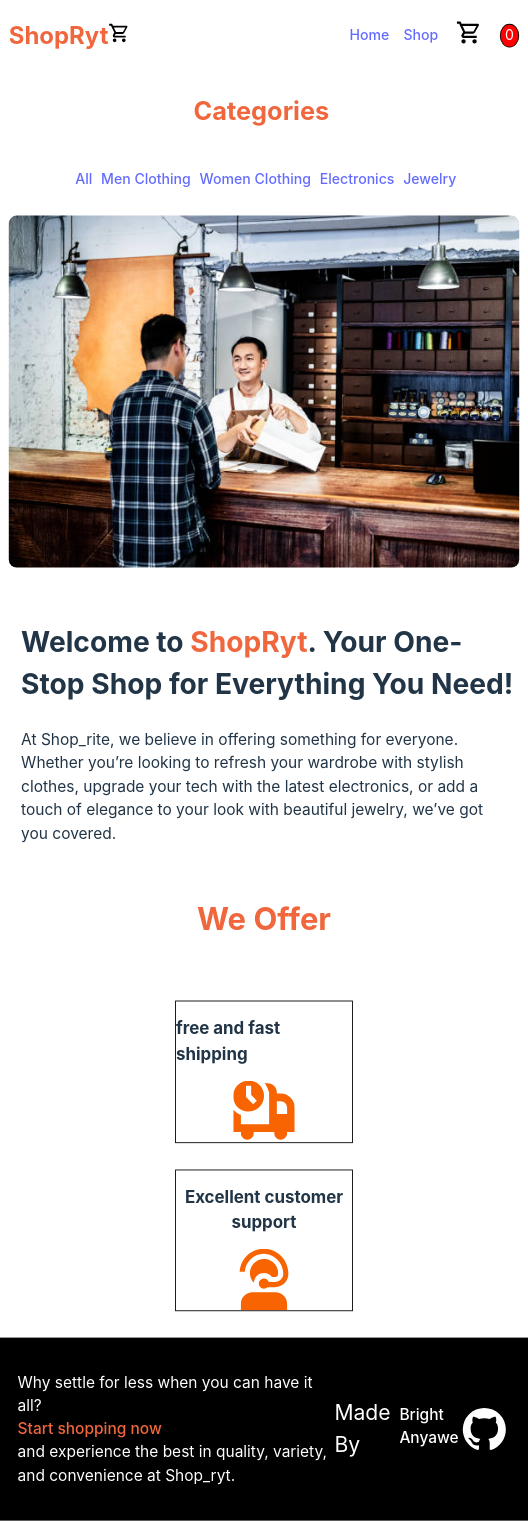
Repository: Bright-Anyawe/Shopping_cart
Page: /
The author's editor kept a copy of each file at every save. The page is drawn from the files as they stood at one save, then again after a run of saves.
The browser window is 600 px wide. The pictures show the whole page, at 88% of full size.
The page's requests for data from a server got no answer. The project was rebuilt for these pictures with package versions that can differ from the ones it lists, and the page was loaded fresh each time. No one was signed in, and anything a server would have sent is missing. Also part of the build but not shown: vite.config.js, src/Components/Layout/Shop.jsx, src/Components/Categories/MenClothing.jsx, src/Components/Categories/WomenClothing.jsx, src/Components/Categories/Electronics.jsx, src/Components/Categories/Jewelry.jsx, src/Components/Features/Delete.jsx, src/Components/Layout/Quantity Summery.jsx.

Above is the page before, as saved 2024-10-28 17:09:49.

### index.html
<!doctype html>
<html lang="en">
    <head>
        <meta charset="UTF-8">
        <link rel="icon" type="image/svg+xml" href="/vite.svg">
        <link rel="preconnect" href="https://fonts.googleapis.com">
        <link rel="preconnect" href="https://fonts.gstatic.com" crossorigin>
        <link href="https://fonts.googleapis.com/css2?family=Roboto:ital,wght@0,100;0,300;0,400;0,500;0,700;0,900;1,100;1,300;1,400;1,500;1,700;1,900&display=swap" rel="stylesheet">
        <meta name="viewport" content="width=device-width, initial-scale=1.0">
        <title>Vite + React</title>
    </head>
    <body>
        <div id="root"></div>
        <script type="module" src="/src/main.jsx"></script>
    </body>
</html>

### src/main.jsx
import { StrictMode } from "react";
import { createRoot } from "react-dom/client";
import { createBrowserRouter, RouterProvider } from "react-router-dom";
import routes from "./Components/Layout/Routes";
const router = createBrowserRouter(routes);
import "./Components/Styles/index.css"
import "./Components/Styles/App.css"
import './Components/Styles/layout.css'



createRoot(document.getElementById("root")).render(
  <StrictMode>
    <RouterProvider router={router} />
  </StrictMode>
);

### src/Components/Layout/Routes.jsx
import App from "./App";
import HomePage from "./Homepage.jsx";
import Shop from "./Shop.jsx";
// import About from "../Pages/About";
// import Help from "../Pages/Help";
// import Contact from "../Pages/Contact";
// import Faq from "../Pages/Faq";

import MenClothing from "../Categories/MenClothing"; // import { element } from "prop-types";
import WomenClothing from "../Categories/WomenClothing";
import Electronics from "../Categories/Electronics";
import Jewelry from "../Categories/Jewelry";
import QuantitySummery from "./Quantity Summery.jsx";

const routes = [
  {
    path: "/",
    element: <App />,
    // ErrorElement: <ErrorPage />,
    children: [
      { element: <HomePage />, index: true },
      { path: "shop", element: <Shop /> },
      { path: "menClothing", element: <MenClothing /> },
      { path: "womenClothing", element: <WomenClothing /> },
      { path: "electronics", element: <Electronics /> },
      { path: "jewelry", element: <Jewelry /> },
      { path: "quantitySummery", element: <QuantitySummery /> },
    ],
  },
];

export default routes;

### src/Components/Styles/layout.css
@media (max-width: 500px) {
  div.root-layout {
    display: grid;
    grid-template-columns: 100%;
    grid-template-rows: 80px;
  }

  #root header {
    grid-area: 1 / 1 / 2;
    /* display: grid; */
    grid-template-columns: 300px 780px;
    padding: 14px 10px;
    /* position: fixed; */
    /* gap: 0 43rem; */
    /* gap: 36rem; */
  }

  #root header h1 {
    grid-area: 1 / 1 / 2 / 2;
    font-size: 1.7rem;
  }

  nav.navLinks {
    display: flex;
    gap: 1rem;
    font-size: 1rem;
    align-items: center;
  }

  section.categoriesContainer {
    grid-row: 1 / 3;
    display: flex;
    flex-wrap: wrap;
    flex-direction: column;
    justify-content: center;
    align-items: start;
  }

  main aside {
    display: flex;
    flex-direction: column;
    flex-wrap: wrap;
    justify-content: center;
    gap: 20px;
    width: 99%;
    /* margin: 40px 0; */
  }

  nav.asideNavContainer {
    max-width: 460px;
    display: flex;
    flex-wrap: wrap;
  }

  ul.itemsContainer {
    display: flex;
    flex-wrap: wrap;
    flex-direction: row;
    justify-content: space-evenly;
    align-items: center;
    margin: 0 0 0 10px;
    font-size: 1rem;
    padding: 0;
    gap: 10px;
    max-width: 460px;
  }

  ul.itemsContainer li a {
    width: 100%;
    display: flex;
    flex-wrap: wrap;
  }

  #root header nav {
    grid-area: 1 / 2 / 2 / 3;
  }

  h1.headText svg {
    width: 25px;
  }

  div.root-layout main {
    grid-area: 2 / 1/ 9 / 4;
    display: flex;
    flex-direction: column;
    grid-template-columns: auto;
    grid-template-rows: 150px;
    gap: 20px;
  }

  div.homeHeadText {
    padding: 4px;
    width: 100%;
  }

  div.welcomePageContainer {
    display: flex;
    padding: 20px;
    flex-direction: column;
    /* background-image: url(src/assets/person_holding_red_shirt.jpg); */
  }

  div.welcomePageContainer h2 {
    font-size: 2rem;
  }

  div.welcomePageContainer p {
    font-size: 1.1rem;
  }

  div.shoppingMallPicture {
    background-image: url(../../assets/perosn_selling_to_client.jpg);
    height: 400px;
    background-size: 100% 100%;
    background-position: center;
    object-fit: contain;
    object-position: 50% 50%;
    border-radius: 9px;
    margin: 10px;
  }

  div.homePageContainer {
    max-width: 430px;
    display: flex;
    flex-direction: column;
    justify-content: center;
  }

  div.homePageImageContainer {
    width: 100%;
    height: auto;
    background-image: url("src/assets/Items_In_cart.jpg");

    background-size: 100% 100%;
    /* background-position: ; */
    background-position: center;

    object-fit: contain;
    object-position: 50% 50%;
    border-radius: 9px;
  }

  div.ourOfferContainer {
    display: flex;
    flex-direction: column;
    gap: 50px;
    /* align-items: center; */
    /* justify-content: center; */
  }

  div.ourOfferSubContainer {
    display: flex;
    flex-direction: column;
    justify-content: space-between;
    align-items: center;
    padding-inline: 100px;
    gap: 30px;
    margin: 0 0 30px 0;
  }

  h1.offerEl {
    display: flex;
    align-items: center;
    justify-content: center;
    font-size: 2.2rem;
    color: rgb(240, 103, 61);
  }

  .ourOfferContainer img {
    width: 70px;
    height: auto;
  }

  div.free-fastContainer {
    display: flex;
    flex-direction: column;
    justify-content: center;
    align-items: center;
    border: 1px solid black;
    width: 200px;
  }

  div.free-fastContainer h2 {
    font-size: 1.2rem;
  }

  div.customerServiceContainer {
    display: flex;
    flex-direction: column;
    justify-content: center;
    align-items: center;
    border: 1px solid black;
    width: 200px;
  }

  div.customerServiceContainer h2 {
    font-size: 1.2rem;
    text-align: center;
  }

  main footer p {
    font-size: 1.5rem;
  }

  div.container {
    display: flex;
    justify-content: center;
    align-items: center;
    box-shadow: 0px 0px 2px 2px black;
    width: 371px;
    padding: 10px;
    gap: 20px;
    height: 250px;
  }

  li img {
    max-width: 150px;
    max-height: 200px;
    object-fit: cover;

    object-fit: contain;
    object-position: 50% 50%;
    border-radius: 9px;
  }

  div.container h4 {
    /* display: flex; */
    max-width: 200px;
    align-items: center;
    justify-content: center;
    font-size: 1rem;
  }

  main footer :first-child {
    font-size: 1.1rem;
    max-width: 70%;
  }
}

@media (max-width: 700px) and (min-width: 501px) {
  div.root-layout {
    display: grid;
    grid-template-columns: 100%;
    grid-template-rows: 80px;
  }

  #root header {
    grid-area: 1 / 1 / 2;
    /* display: grid; */
    grid-template-columns: 300px 780px;
    padding: 14px 10px;
    /* position: fixed; */
    /* gap: 0 43rem; */
    /* gap: 36rem; */
  }

  #root header h1 {
    grid-area: 1 / 1 / 2 / 2;
    font-size: 1.7rem;
  }

  nav.navLinks {
    display: flex;
    gap: 1rem;
    font-size: 1rem;
    align-items: center;
  }

  section.categoriesContainer {
    grid-row: 1 / 3;
    display: flex;
    flex-wrap: wrap;
    flex-direction: column;
    justify-content: center;
    align-items: start;
  }

  main aside {
    display: flex;
    flex-direction: column;
    flex-wrap: wrap;
    justify-content: center;
    gap: 20px;
    width: 99%;
    /* margin: 40px 0; */
  }

  nav.asideNavContainer {
    /* max-width: 460px; */
    display: flex;
    flex-wrap: wrap;
    justify-content: center;
  }

  ul.itemsContainer {
    display: flex;
    flex-wrap: wrap;
    flex-direction: row;
    justify-content: space-evenly;
    align-items: center;
    margin: 0 0 0 10px;
    font-size: 1rem;
    padding: 0;
    gap: 10px;
    max-width: 460px;
  }

  ul.itemsContainer li a {
    width: 100%;
    display: flex;
    flex-wrap: wrap;
  }

  #root header nav {
    grid-area: 1 / 2 / 2 / 3;
  }

  h1.headText svg {
    width: 25px;
  }

  div.root-layout main {
    grid-area: 2 / 1/ 9 / 4;
    display: flex;
    flex-direction: column;
    grid-template-columns: auto;
    grid-template-rows: 150px;
    gap: 20px;
  }

  div.homeHeadText {
    padding: 4px;
    width: 100%;
  }

  div.welcomePageContainer {
    display: flex;
    padding: 20px;
    flex-direction: column;
    /* background-image: url(src/assets/person_holding_red_shirt.jpg); */
  }

  div.welcomePageContainer h2 {
    font-size: 2rem;
  }

  div.welcomePageContainer p {
    font-size: 1.1rem;
  }

  div.shoppingMallPicture {
    background-image: url(../../assets/perosn_selling_to_client.jpg);
    height: 400px;
    background-size: 100% 100%;
    background-position: center;
    object-fit: contain;
    object-position: 50% 50%;
    border-radius: 9px;
    margin: 10px;
  }

  div.homePageContainer {
    /* max-width: 430px; */
    display: flex;
    flex-direction: column;
    justify-content: center;
  }

  div.homePageImageContainer {
    width: 100%;
    height: auto;
    background-image: url("src/assets/Items_In_cart.jpg");

    background-size: 100% 100%;
    /* background-position: ; */
    background-position: center;

    object-fit: contain;
    object-position: 50% 50%;
    border-radius: 9px;
  }

  div.ourOfferContainer {
    display: flex;
    flex-direction: column;
    gap: 50px;
    /* align-items: center; */
    /* justify-content: center; */
  }

  div.ourOfferSubContainer {
    display: flex;
    flex-direction: column;
    justify-content: space-between;
    align-items: center;
    padding-inline: 100px;
    gap: 30px;
    margin: 0 0 30px 0;
  }

  h1.offerEl {
    display: flex;
    align-items: center;
    justify-content: center;
    font-size: 2.2rem;
    color: rgb(240, 103, 61);
  }

  .ourOfferContainer img {
    width: 70px;
    height: auto;
  }

  div.free-fastContainer {
    display: flex;
    flex-direction: column;
    justify-content: center;
    align-items: center;
    border: 1px solid black;
    width: 200px;
  }

  div.free-fastContainer h2 {
    font-size: 1.2rem;
  }

  div.customerServiceContainer {
    display: flex;
    flex-direction: column;
    justify-content: center;
    align-items: center;
    border: 1px solid black;
    width: 200px;
  }

  div.customerServiceContainer h2 {
    font-size: 1.2rem;
    text-align: center;
  }

  main footer p {
    font-size: 1.5rem;
  }

  div.container {
    display: flex;
    justify-content: center;
    align-items: center;
    box-shadow: 0px 0px 2px 2px black;
    width: 371px;
    padding: 10px;
    gap: 20px;
    height: 250px;
  }

  li img {
    max-width: 150px;
    max-height: 200px;
    object-fit: cover;

    object-fit: contain;
    object-position: 50% 50%;
    border-radius: 9px;
  }

  div.container h4 {
    /* display: flex; */
    max-width: 200px;
    align-items: center;
    justify-content: center;
    font-size: 1rem;
  }

  main footer :first-child {
    font-size: 1.1rem;
    max-width: 70%;
  }
}

@media (max-width: 1120px) and (min-width: 800px) {
  div.root-layout {
    display: grid;
    grid-template-columns: 100%;
    grid-template-rows: 80px;
  }

  #root header {
    grid-area: 1 / 1 / 2;
    /* display: grid; */
    grid-template-columns: 300px 780px;
    /* position: fixed; */
    /* gap: 0 43rem; */
    /* gap: 36rem; */
  }

  #root header h1 {
    grid-area: 1 / 1 / 2 / 2;
  }

  #root header nav {
    grid-area: 1 / 2 / 2 / 3;
  }

  main {
    grid-area: 2 / 1/ 9 / 4;
  }

  div.homeHeadText {
    padding: 4px;
    width: 50%;
  }

  div.welcomePageContainer h2 {
    font-size: 2rem;
  }

  div.welcomePageContainer p {
    font-size: 1.1rem;
  }

  /* div.welcomePageContainer img {
    width: 100%;
    height: auto;
    min-width: 100px;
    min-height: 0;
    object-fit: cover;
  } */

  div.homePageImageContainer {
    width: 100%;
    height: auto;
    background-image: url("src/assets/Items_In_cart.jpg");

    background-size: 100% 100%;
    /* background-position: ; */
    background-position: center;

    object-fit: contain;
    object-position: 50% 50%;
    border-radius: 9px;
  }

  div.ourOfferContainer {
    display: flex;
    flex-direction: column;
    gap: 50px;
    /* align-items: center; */
    /* justify-content: center; */
  }

  div.ourOfferSubContainer {
    display: flex;
    justify-content: space-between;
    padding-inline: 100px;
    margin: 0 0 30px 0;
  }

  h1.offerEl {
    display: flex;
    align-items: center;
    justify-content: center;
    font-size: 2.2rem;
    color: rgb(240, 103, 61);
  }

  .ourOfferContainer img {
    width: 70px;
    height: auto;
  }

  div.free-fastContainer {
    display: flex;
    flex-direction: column;
    justify-content: center;
    align-items: center;
    border: 1px solid black;
    width: 200px;
  }

  div.free-fastContainer h2 {
    font-size: 1.2rem;
  }

  div.customerServiceContainer {
    display: flex;
    flex-direction: column;
    justify-content: center;
    align-items: center;
    border: 1px solid black;
    width: 200px;
  }

  div.customerServiceContainer h2 {
    font-size: 1.2rem;
    text-align: center;
  }

  main footer p {
    font-size: 1.5rem;
  }

  div.container {
    display: flex;
    justify-content: center;
    align-items: center;
    box-shadow: 0px 0px 2px 2px black;
    width: 371px;
    padding: 10px;
    gap: 20px;
    height: 250px;
  }

  li img {
    max-width: 150px;
    max-height: 200px;
    object-fit: cover;

    object-fit: contain;
    object-position: 50% 50%;
    border-radius: 9px;
  }

  div.container h4 {
    /* display: flex; */
    max-width: 200px;
    align-items: center;
    justify-content: center;
    font-size: 1rem;
  }
}

.shopText {
  color: rgb(240, 103, 61);
}

.shopLink {
  color: rgb(240, 103, 61);
}

.root-layout {
  /* display: grid; */
  grid-template-columns: 100%;
  grid-template-rows: 60px;
}

header {
  grid-area: 1 / 1 / 2;
  /* display: grid; */
  display: flex;
  justify-content: space-between;
  align-items: center;
  padding: 14px 35px;

  /* gap: 0 43rem; */
  /* gap: 36rem; */
}

header h1 {
  grid-area: 1 / 1 / 2 / 2;
}

header nav {
  grid-area: 1 / 2 / 2 / 3;
}

main {
  grid-area: 2 / 1/ 9 / 4;
  display: grid;
  grid-template-columns: auto;
  grid-template-rows: 80px;
  gap: 20px;
}

.categoriesContainer {
  grid-row: 1 / 2;
  display: flex;
  flex-direction: column;
  justify-content: center;
  align-items: center;
}

.shopProductContainer {
  grid-row: 2 / 9;
}

aside {
  display: flex;
  flex-direction: column;
  justify-content: center;
  gap: 20px;
  width: 82%;
}

aside h2 {
  display: flex;
  justify-content: center;
  font-size: 1.8rem;
}

.ourOfferSubContainer {
  display: flex;
  justify-content: space-between;
  padding-inline: 100px;
  margin: 0 0 30px 0;
}

.itemsContainer {
  display: flex;
  flex-direction: row;
  justify-content: space-evenly;
  align-items: center;
  margin: 0 0 0 40px;
  font-size: 1.3rem;
  padding: 0;
  gap: 20px;
}

.itemsContainer li a {
  width: 150px;
}

.itemNotSelected {
  text-align: center;
  font-size: 1.5rem;
}

.menProductContainer,
.womenProductContainer,
.electronicsProductContainer,
.jewelryContainer {
  display: flex;
  flex-wrap: wrap;
  gap: 20px;
}

.homeHeadText {
  padding: 4px;
  width: 60%;
}

.homePageImageContainer {
  width: 100%;
  height: auto;
  background-image: url("src/assets/Items_In_cart.jpg");
  background-size: 100% 100%;
  /* background-position: ; */
  background-position: center;

  object-fit: contain;
  object-position: 50% 50%;
  border-radius: 9px;
}

.creator {
  display: flex;
  align-items: center;
  gap: 10px;
}

footer {
  background-color: black;
  display: flex;
  align-items: center;
  justify-content: space-between;
  padding: 20px;
}

footer a {
  color: white;
}

footer a:hover {
  color: white;
}

footer :first-child {
  font-size: 1.3rem;
  max-width: 70%;
}

footer :last-child {
  display: flex;
  width: 200px;
}

footer svg {
  fill: white;
}

footer p {
  color: white;
}

### src/Components/Layout/App.jsx
import { createContext } from "react";
import { Header } from "./Header";
import { useState } from "react";
import { Outlet } from "react-router-dom";
import { SideBar } from "./SideBar";

export const QuantityContext = createContext(null);
export const QtySummeryContext = createContext([]);

export default function App() {
  const [quantityCount, setQuantityCount] = useState(0);
  const [quantity, setQuantity] = useState({});
  const [qtySummery, setSummery] = useState([]);
  const [qtySummeryObject, setQuantitySummeryObject] = useState({
    productUrl: "",
    productTitle: '',
    productPrice: "",
    QtySelected: "",
    qtySubTotal: "",
  });

  return (
    <>
      <div className="root-layout">
        <QuantityContext.Provider
          value={{ quantityCount, setQuantityCount, quantity, setQuantity }}
        >
          <QtySummeryContext.Provider
            value={{
              qtySummery,
              setSummery,
              qtySummeryObject,
              setQuantitySummeryObject,
            }}
          >
            <Header />
            <main>
              <SideBar />

              <Outlet />
            </main>
          </QtySummeryContext.Provider>
        </QuantityContext.Provider>
      </div>
    </>
  );
}

### src/Components/Layout/Homepage.jsx
// import { Link, NavLink } from "react-router-dom";

import { NavLink } from "react-router-dom";

const HomePage = () => {
  return (
    <>
      <div className="homePageContainer">
        <div className="shoppingMallPicture"></div>

        <div className="welcomePageContainer">
          <div className="homeHeadText">
            <h2>
              Welcome to <span className="shopText">ShopRyt</span>. Your
              One-Stop Shop for Everything You Need!
            </h2>

            <p>
              At Shop_rite, we believe in offering something for everyone.
              Whether you’re looking to refresh your wardrobe with stylish
              clothes, upgrade your tech with the latest electronics, or add a
              touch of elegance to your look with beautiful jewelry, we’ve got
              you covered.
            </p>
          </div>

          <div className="homePageImageContainer">
            {/* <img
              src="src/assets/excited-african-woman-holding-shopping-bags-mobile-phone_.avif"
              alt=""
            /> */}
          </div>
        </div>

        <div className="ourOfferContainer">
          <h1 className="offerEl">We Offer</h1>

          <div className="ourOfferSubContainer">
            <div className="free-fastContainer">
              <h2>free and fast shipping</h2>
              <img
                src="data:[embedded picture, 928 characters]"
                alt=""
              />
            </div>

            <div className="customerServiceContainer">
              <h2>Excellent customer support</h2>
              <img
                src="data:[embedded picture, 948 characters]"
                alt=""
              />
            </div>
          </div>
        </div>

        <footer>
          <p>
            {" "}
            Why settle for less when you can have it all?{" "}
            <NavLink to="shop" className="shopLink">
              Start shopping now
            </NavLink>{" "}
            and experience the best in quality, variety, and convenience at
            Shop_ryt.
          </p>

          <p className="creator">
            Made By{" "}
            <NavLink>
              Bright Anyawe{" "}
              <svg xmlns="http://www.w3.org/2000/svg" viewBox="0 0 24 24">
                <title>github</title>
                <path d="M12,2A10,10 0 0,0 2,12C2,16.42 4.87,20.17 8.84,21.5C9.34,21.58 9.5,21.27 9.5,21C9.5,20.77 9.5,20.14 9.5,19.31C6.73,19.91 6.14,17.97 6.14,17.97C5.68,16.81 5.03,16.5 5.03,16.5C4.12,15.88 5.1,15.9 5.1,15.9C6.1,15.97 6.63,16.93 6.63,16.93C7.5,18.45 8.97,18 9.54,17.76C9.63,17.11 9.89,16.67 10.17,16.42C7.95,16.17 5.62,15.31 5.62,11.5C5.62,10.39 6,9.5 6.65,8.79C6.55,8.54 6.2,7.5 6.75,6.15C6.75,6.15 7.59,5.88 9.5,7.17C10.29,6.95 11.15,6.84 12,6.84C12.85,6.84 13.71,6.95 14.5,7.17C16.41,5.88 17.25,6.15 17.25,6.15C17.8,7.5 17.45,8.54 17.35,8.79C18,9.5 18.38,10.39 18.38,11.5C18.38,15.32 16.04,16.16 13.81,16.41C14.17,16.72 14.5,17.33 14.5,18.26C14.5,19.6 14.5,20.68 14.5,21C14.5,21.27 14.66,21.59 15.17,21.5C19.14,20.16 22,16.42 22,12A10,10 0 0,0 12,2Z" />
              </svg>
            </NavLink>
          </p>
        </footer>
      </div>
    </>
  );
};
export default HomePage;

### src/Components/Layout/Header.jsx
import { NavLink } from "react-router-dom";

import { useContext } from "react";
// import QuantityContext from "./Components/Layout/App.jsx";
import { QuantityContext } from "./App";

export function Header() {

  const { quantityCount } = useContext(QuantityContext);

  let prevScrollPos = window.scrollY;
  window.onscroll = function () {
    let currentScrollPos = window.scrollY;


    if (prevScrollPos > currentScrollPos) {
      document.querySelector(".headerContainer").style.top = "25px";
    } else {
      document.querySelector(".headerContainer").style.top = "-80px";
    }
    prevScrollPos = currentScrollPos;
  };

  return (
    <>
      <header className="headerContainer">
        <h1 className="headText">
          <span className="shopText">ShopRyt</span>
          <svg xmlns="http://www.w3.org/2000/svg" viewBox="0 0 24 24">
            <title>cart-outline</title>
            <path d="M17,18A2,2 0 0,1 19,20A2,2 0 0,1 17,22C15.89,22 15,21.1 15,20C15,18.89 15.89,18 17,18M1,2H4.27L5.21,4H20A1,1 0 0,1 21,5C21,5.17 20.95,5.34 20.88,5.5L17.3,11.97C16.96,12.58 16.3,13 15.55,13H8.1L7.2,14.63L7.17,14.75A0.25,0.25 0 0,0 7.42,15H19V17H7C5.89,17 5,16.1 5,15C5,14.65 5.09,14.32 5.24,14.04L6.6,11.59L3,4H1V2M7,18A2,2 0 0,1 9,20A2,2 0 0,1 7,22C5.89,22 5,21.1 5,20C5,18.89 5.89,18 7,18M16,11L18.78,6H6.14L8.5,11H16Z" />
          </svg>
        </h1>
        <nav className="navLinks">
          <NavLink to="/">Home</NavLink>
          <div className="shopCartContainer">
            <NavLink to="shop">Shop</NavLink>
            <NavLink to="quantitySummery">
              <svg xmlns="http://www.w3.org/2000/svg" viewBox="0 0 24 24">
                <title>cart-outline</title>
                <path d="M17,18A2,2 0 0,1 19,20A2,2 0 0,1 17,22C15.89,22 15,21.1 15,20C15,18.89 15.89,18 17,18M1,2H4.27L5.21,4H20A1,1 0 0,1 21,5C21,5.17 20.95,5.34 20.88,5.5L17.3,11.97C16.96,12.58 16.3,13 15.55,13H8.1L7.2,14.63L7.17,14.75A0.25,0.25 0 0,0 7.42,15H19V17H7C5.89,17 5,16.1 5,15C5,14.65 5.09,14.32 5.24,14.04L6.6,11.59L3,4H1V2M7,18A2,2 0 0,1 9,20A2,2 0 0,1 7,22C5.89,22 5,21.1 5,20C5,18.89 5.89,18 7,18M16,11L18.78,6H6.14L8.5,11H16Z" />
              </svg>
            </NavLink>
            <span className="cartNumber">{quantityCount}</span>
          </div>
          {/* <NavLink to="help">
            <span className="checkout">checkout</span>
          </NavLink>
          <NavLink to="about">About</NavLink> */}
        </nav>
      </header>
    </>
  );
}

### src/Components/Layout/SideBar.jsx
import { NavLink } from "react-router-dom";
import { useShopProduct } from "./GetShopProduct";

export const SideBar = () => {
  const { loading } = useShopProduct();

  return (
    <>
      {loading ? null : (
        <section className="categoriesContainer">
          <aside>
            <h2 className="shopText">Categories</h2>

            <nav className="asideNavContainer">
              <ul className="itemsContainer">
                <li>
                  <NavLink to="shop">All</NavLink>
                </li>

                <li>
                  {" "}
                  <NavLink to="menClothing">Men Clothing</NavLink>
                </li>
                <li>
                  {" "}
                  <NavLink to="womenClothing">Women Clothing</NavLink>
                </li>
                <li>
                  {" "}
                  <NavLink to="electronics">Electronics</NavLink>
                </li>
                <li>
                  {" "}
                  <NavLink to="jewelry">Jewelry</NavLink>
                </li>
              </ul>{" "}
            </nav>
          </aside>
        </section>
      )}
    </>
  );
};

Loaded but not shown: src/index.css (common file); src/Components/Layout/GetShopProduct.js (33 lines, source omitted); src/Components/Styles/App.css (319 lines, source omitted)

After the next 2 saves:
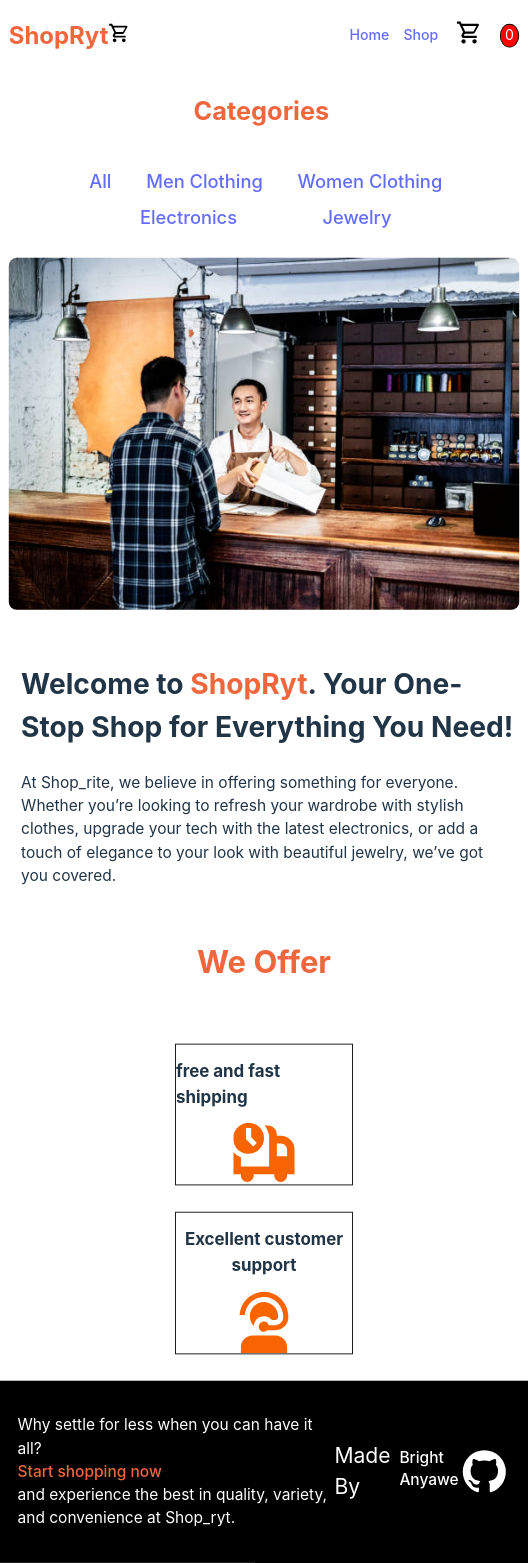
The 2 saves are shown as one change because they came seconds apart.
The last was saved 38 s later.
--- a/src/Components/Styles/layout.css
+++ b/src/Components/Styles/layout.css
@@ -299,7 +299,7 @@
     justify-content: space-evenly;
     align-items: center;
     margin: 0 0 0 10px;
-    font-size: 1rem;
+    font-size: 1.3rem;
     padding: 0;
     gap: 10px;
     max-width: 460px;
